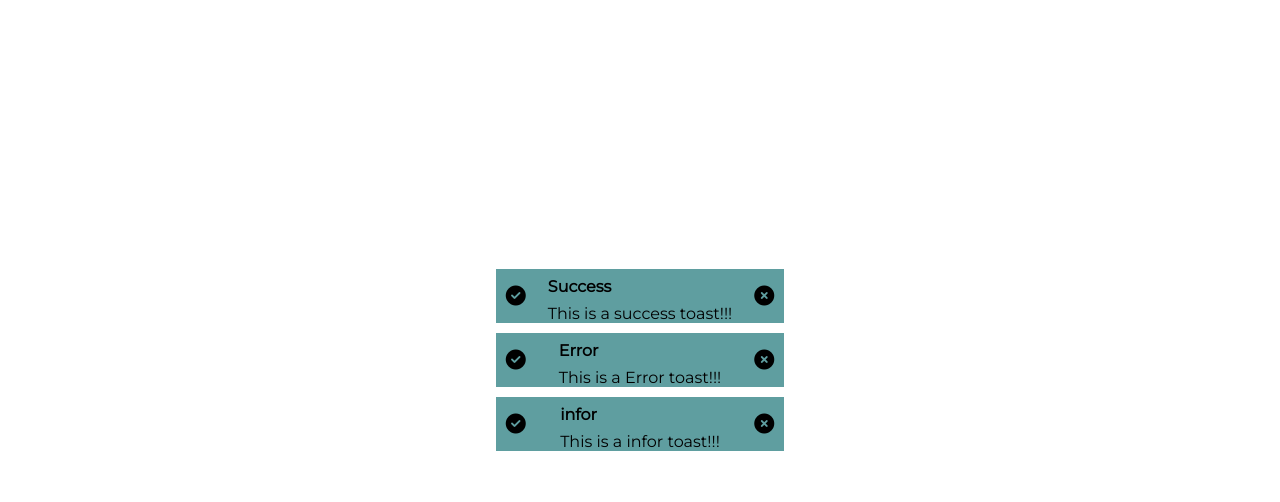
Repository: thuynguyen0964/Toast-Cooler
Page: index.html
The author's editor kept a copy of each file at every save. The page is drawn from the files as they stood at one save, then again after a run of saves.
The browser window is 1280 px wide. The pictures show the whole page.

Above is the page before, as saved 2023-01-26 20:23:40.

After the next 2 saves:
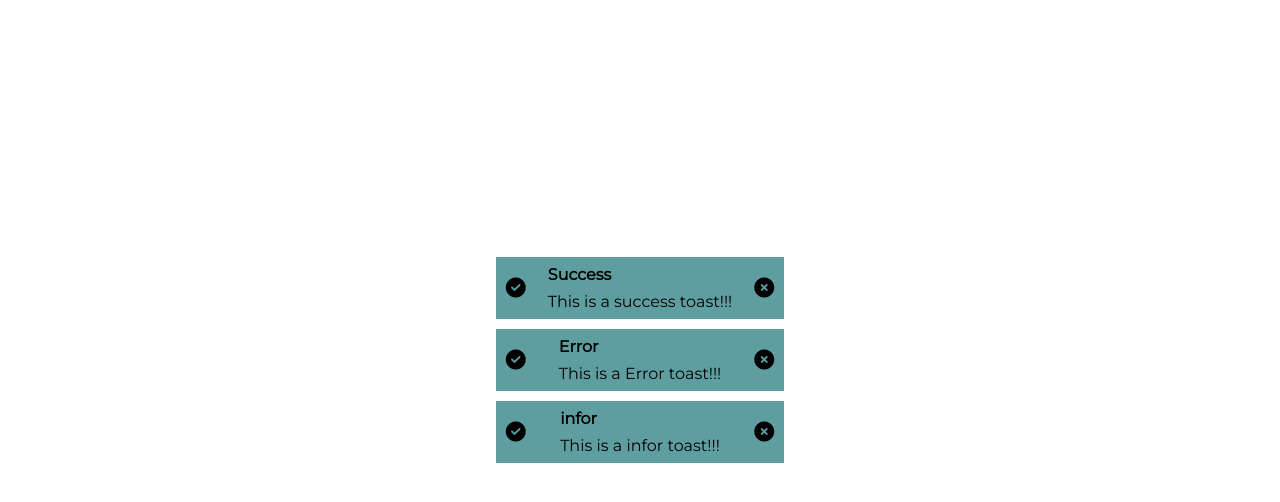
The 2 saves are shown as one change because they came seconds apart.
The last was saved 10 s later.
--- a/app/style.css
+++ b/app/style.css
@@ -23,6 +23,7 @@ body{
 .toast__text{
     padding: 0 12px;
 }
+.toast__desc,
 .toast__title{
     margin: 8px 0;
 }
